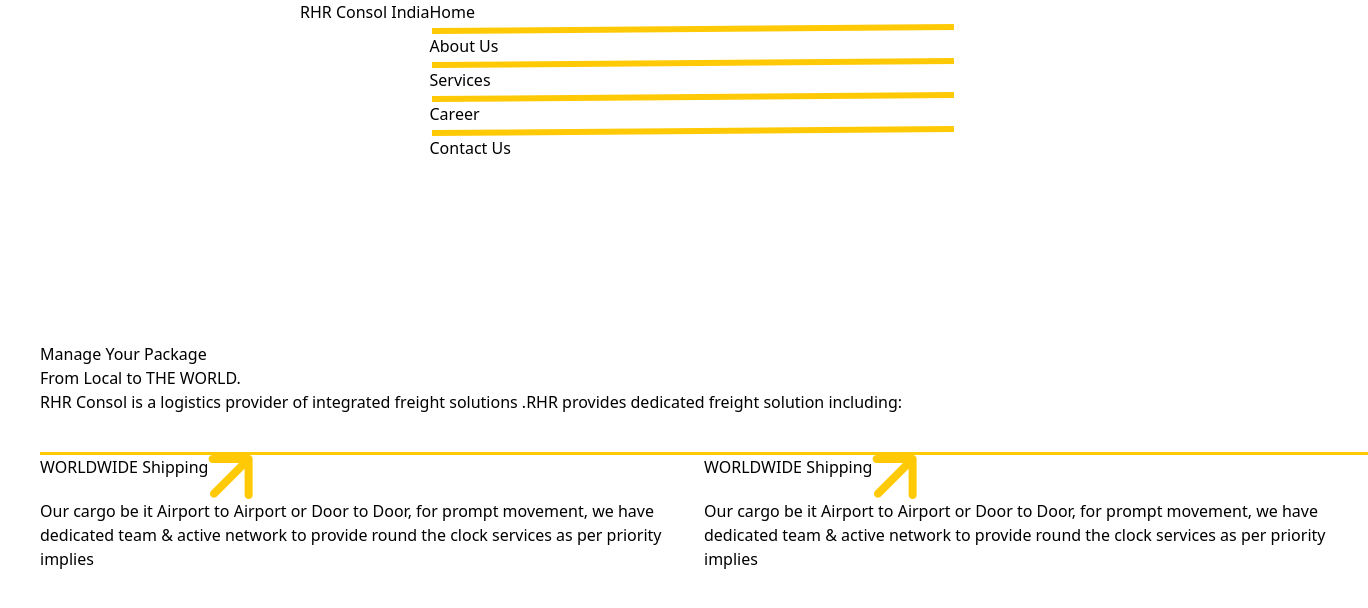
Repository: husainmamuwala/RHRConsol
Page: /services
An editor plug-in stored every save of this project. The page is shown before and after the next save, followed by the edit.
The browser window is 1280 px wide. The page is 1368 px wide, so the pictures cover 1368 px, including what lies to the right of the window. The pictures show the whole page.
The project was rebuilt for these pictures with package versions that can differ from the ones it lists, and the page was loaded fresh each time. The framework's server and built-in components were replaced by stand-ins that run in the browser. Also part of the build but not shown: next.config.js.

Above is the page before, as saved 2023-02-04 10:02:40.

After the next save:
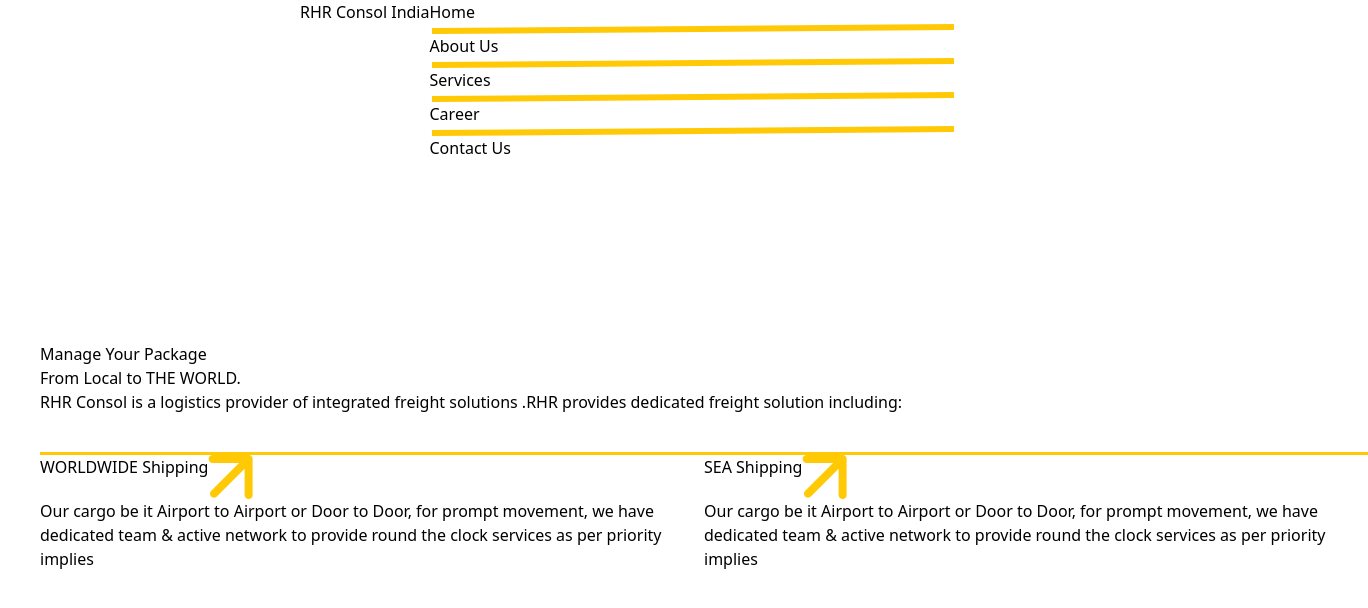
Saved 25 s later.
--- a/Components/Services.jsx
+++ b/Components/Services.jsx
@@ -11,7 +11,7 @@
 
     },
     {
-      main:"WORLDWIDE",
+      main:"SEA",
       sub:"Shipping",
       icon:"img/a2.png",
       desc:"Our cargo be it Airport to Airport or Door to Door, for prompt movement, we have dedicated team & active network to provide round the clock services as per priority implies",
